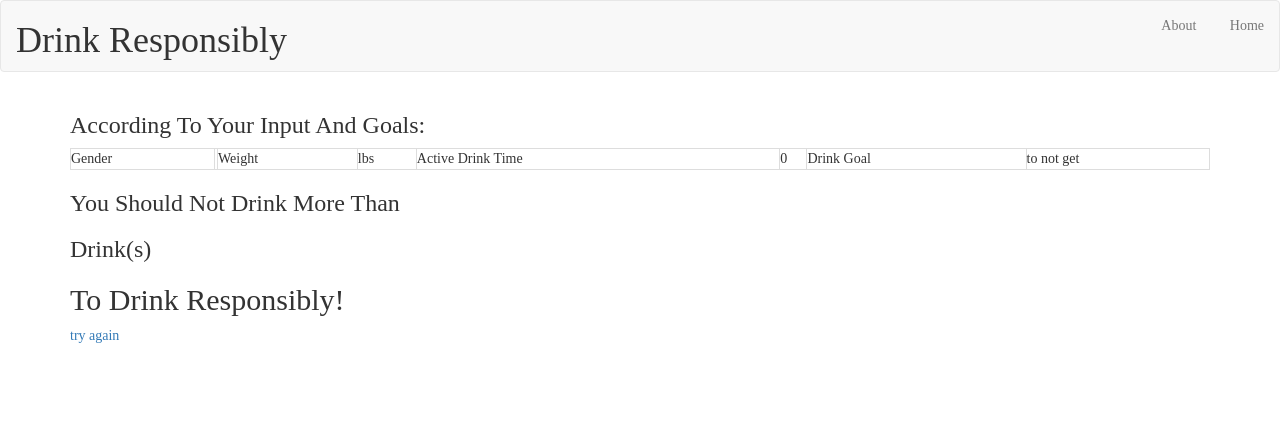
Repository: NatNat180/DrinkResponsibly
Page: http://localhost/DrinkResponsibly/calculate-drink-amount
These files come from the project's save history. The page is drawn as it stood at one moment and after the next save; the edit follows.
The browser window is 1280 px wide. The pictures show the whole page.
Some web fonts or font styles are not loaded; a fallback is used. The page is served by Tomcat 9.

Above is the page before, as saved 2016-04-07 16:20:51.

After the next save:
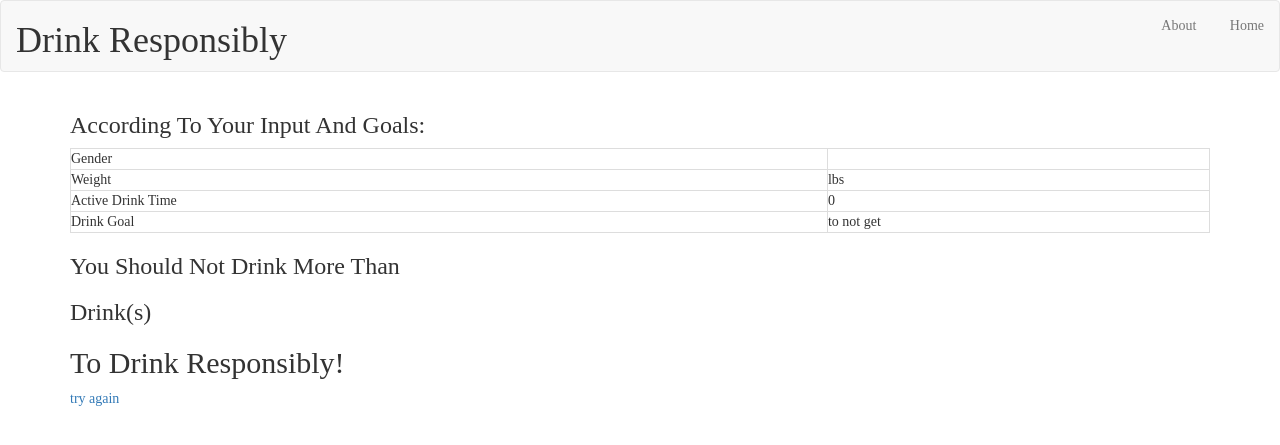
Saved 45 s later.
--- a/DrinkResponsibly/WebContent/WEB-INF/results.jsp
+++ b/DrinkResponsibly/WebContent/WEB-INF/results.jsp
@@ -18,12 +18,19 @@
 <tr>
 	<td>Gender</td>
 	<td><c:out value="${gender}"></c:out></td>
+</tr>
+<tr>
 	<td>Weight</td>
 	<td><c:out value="${weight} lbs"></c:out></td>
+</tr>
+<tr>
 	<td>Active Drink Time</td>
 	<td><c:out value="${drink-time}"></c:out></td>
+</tr>
+<tr>
 	<td>Drink Goal</td>
 	<td>to not get <c:out value="${goal}"></c:out></td>
+</tr>
 </table>
 
 <h3>You Should Not Drink More Than</h3>
